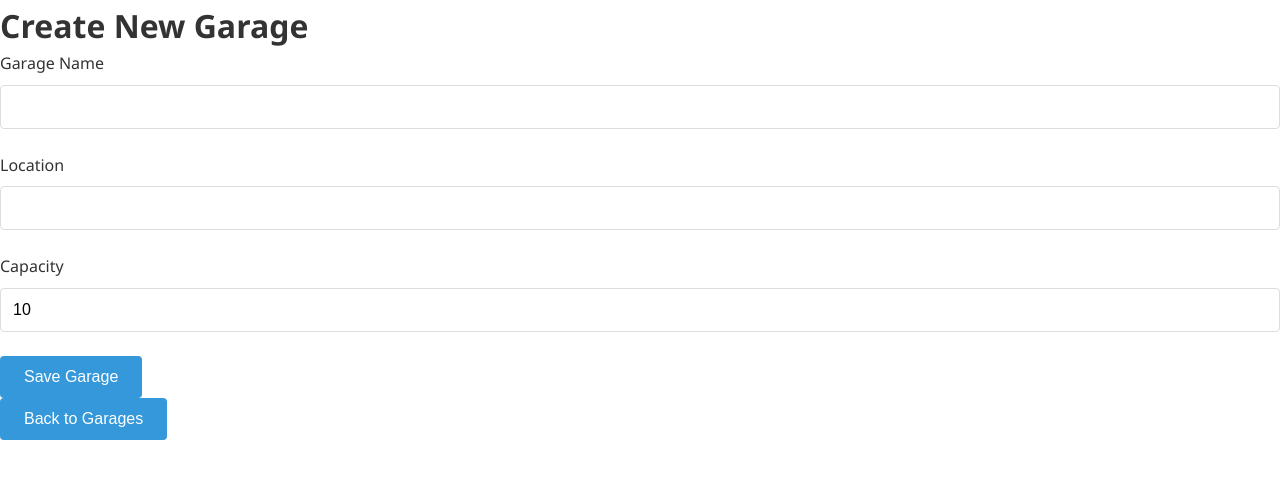
Repository: fevren2001/fleethub
Page: /garages/create (app in fleethub-frontend/)
These files come from the project's save history. The page is drawn as it stood at one moment and after the next save; the edit follows.
The browser window is 1280 px wide. The pictures show the whole page.
The page's requests for data from a server got no answer. The project was rebuilt for these pictures with package versions that can differ from the ones it lists, and the page was loaded fresh each time. No one was signed in, and anything a server would have sent is missing. Also part of the build but not shown: fleethub-frontend/vite.config.ts, fleethub-frontend/src/hooks/useAuth.ts, fleethub-frontend/src/components/common/ProtectedRoute.tsx, fleethub-frontend/src/pages/Login.tsx, fleethub-frontend/src/components/common/Navbar.tsx, fleethub-frontend/src/components/common/Sidebar.tsx, fleethub-frontend/src/components/common/MainLayout.tsx, fleethub-frontend/src/api/deliveries.ts and 17 more.

Above is the page before, as saved 2025-07-20 01:19:06.

### fleethub-frontend/src/index.css
/* src/index.css */
:root {
  --primary-color: #2c3e50;
  --secondary-color: #3498db;
  --accent-color: #e74c3c;
  --text-color: #333;
  --light-bg: #f5f6fa;
  --border-color: #dcdde1;
}

* {
  margin: 0;
  padding: 0;
  box-sizing: border-box;
}

body {
  font-family: "Segoe UI", Tahoma, Geneva, Verdana, sans-serif;
  color: var(--text-color);
  line-height: 1.6;
}

/* Layout */
.app-container {
  display: flex;
  flex-direction: column;
  min-height: 100vh;
}

.navbar {
  background-color: var(--primary-color);
  color: white;
  padding: 1rem 2rem;
  display: flex;
  justify-content: space-between;
  align-items: center;
}

.navbar-brand a {
  color: white;
  font-size: 1.5rem;
  font-weight: bold;
  text-decoration: none;
}

.content-container {
  display: flex;
  flex: 1;
}

.sidebar {
  width: 250px;
  background-color: var(--light-bg);
  border-right: 1px solid var(--border-color);
  padding: 1rem 0;
}

.sidebar-menu {
  list-style: none;
}

.sidebar-menu li {
  margin-bottom: 0.5rem;
}

.sidebar-menu a {
  display: block;
  padding: 0.75rem 1.5rem;
  color: var(--text-color);
  text-decoration: none;
  transition: background-color 0.2s;
}

.sidebar-menu a:hover,
.sidebar-menu a.active {
  background-color: rgba(52, 152, 219, 0.1);
  color: var(--secondary-color);
}

.main-content {
  flex: 1;
  padding: 2rem;
  background-color: white;
}

/* Forms */
.form-group {
  margin-bottom: 1.5rem;
}

.form-group label {
  display: block;
  margin-bottom: 0.5rem;
  font-weight: 500;
}

.form-group input,
.form-group select,
.form-group textarea {
  width: 100%;
  padding: 0.75rem;
  border: 1px solid var(--border-color);
  border-radius: 4px;
  font-size: 1rem;
}

button {
  background-color: var(--secondary-color);
  color: white;
  border: none;
  padding: 0.75rem 1.5rem;
  border-radius: 4px;
  cursor: pointer;
  font-size: 1rem;
  transition: background-color 0.2s;
}

button:hover {
  background-color: #2980b9;
}

button:disabled {
  background-color: #95a5a6;
  cursor: not-allowed;
}

/* Tables */
.table-container {
  overflow-x: auto;
}

.data-table {
  width: 100%;
  border-collapse: collapse;
}

.data-table th,
.data-table td {
  padding: 0.75rem 1rem;
  text-align: left;
  border-bottom: 1px solid var(--border-color);
}

.data-table th {
  background-color: var(--light-bg);
  font-weight: 600;
}

/* Status badges */
.status-badge {
  display: inline-block;
  padding: 0.25rem 0.5rem;
  border-radius: 4px;
  font-size: 0.875rem;
  font-weight: 500;
}

.status-available {
  background-color: #2ecc71;
  color: white;
}

.status-on_delivery {
  background-color: #f39c12;
  color: white;
}

.status-off_duty {
  background-color: #95a5a6;
  color: white;
}

.status-inactive {
  background-color: #e74c3c;
  color: white;
}

/* Action buttons */
.action-button {
  display: inline-block;
  padding: 0.25rem 0.5rem;
  margin-right: 0.5rem;
  border-radius: 4px;
  text-decoration: none;
  font-size: 0.875rem;
}

.action-button.view {
  background-color: var(--secondary-color);
  color: white;
}

.action-button.edit {
  background-color: #f39c12;
  color: white;
}

/* Page header */
.page-header {
  display: flex;
  justify-content: space-between;
  align-items: center;
  margin-bottom: 2rem;
}

.add-button {
  background-color: var(--secondary-color);
  color: white;
  text-decoration: none;
  padding: 0.5rem 1rem;
  border-radius: 4px;
}

/* Login page */
.login-container {
  display: flex;
  justify-content: center;
  align-items: center;
  min-height: 100vh;
  background-color: var(--light-bg);
}

.login-form {
  background-color: white;
  padding: 2rem;
  border-radius: 8px;
  box-shadow: 0 4px 6px rgba(0, 0, 0, 0.1);
  width: 100%;
  max-width: 400px;
}

.login-form h1 {
  margin-bottom: 1.5rem;
  text-align: center;
}

.login-button {
  width: 100%;
  margin-top: 1rem;
}

/* Dashboard */
.stats-container {
  display: grid;
  grid-template-columns: repeat(auto-fill, minmax(250px, 1fr));
  gap: 1.5rem;
  margin-bottom: 2rem;
}

.stat-card {
  background-color: white;
  padding: 1.5rem;
  border-radius: 8px;
  box-shadow: 0 2px 4px rgba(0, 0, 0, 0.1);
}

.stat-card h3 {
  font-size: 1rem;
  color: #7f8c8d;
  margin-bottom: 0.5rem;
}

.stat-value {
  font-size: 2rem;
  font-weight: bold;
  color: var(--secondary-color);
}

/* Error message */
.error-message {
  background-color: #fadbd8;
  color: #c0392b;
  padding: 0.75rem;
  border-radius: 4px;
  margin-bottom: 1rem;
}

### fleethub-frontend/src/App.tsx
import React from 'react';
import { BrowserRouter, Routes, Route, Navigate } from 'react-router-dom';
import { AuthProvider } from './context/AuthContext';
import ProtectedRoute from './components/common/ProtectedRoute';

// Pages
import Login from './pages/Login';
import Dashboard from './pages/Dashboard';

// Driver Pages
import DriversList from './pages/Drivers/DriversList';
import DriverDetail from './pages/Drivers/DriverDetail';
import CreateDriver from './pages/Drivers/CreateDriver';
import DriverEdit from './pages/Drivers/DriverEdit';

// Truck Pages
import TrucksList from './pages/Trucks/TrucksList';
import TruckDetail from './pages/Trucks/TruckDetail';
import CreateTruck from './pages/Trucks/CreateTruck';
import TruckEdit from './pages/Trucks/TruckEdit';

// Garage Pages
import GaragesList from './pages/Garages/GaragesList';
import GarageDetail from './pages/Garages/GarageDetail';
import CreateGarage from './pages/Garages/CreateGarage';
import GarageEdit from './pages/Garages/GarageEdit';

// Deliveries Page
import DeliveriesList from './pages/Deliveries/DeliveriesList';

function App() {
  return (
    <AuthProvider>
      <BrowserRouter>
        <Routes>
          <Route path="/login" element={<Login />} />

          <Route path="/" element={
            <ProtectedRoute>
              <Dashboard />
            </ProtectedRoute>
          } />

          {/* Driver Routes */}
          <Route path="/drivers" element={<DriversList />} />
          <Route path="/drivers/new" element={<CreateDriver />} />
          <Route path="/drivers/:id" element={<DriverDetail />} />
          <Route path="/drivers/:id/edit" element={<DriverEdit />} />

          {/* Truck Routes */}
          <Route path="/trucks" element={<TrucksList />} />
          {/* <Route path="/trucks/create" element={<CreateTruck />} /> */}
          <Route path="/trucks/new" element={<CreateTruck />} />

          <Route path="/trucks/:id" element={<TruckDetail />} />
          <Route path="/trucks/edit/:id" element={<TruckEdit />} />

          {/* Garage Routes */}
          <Route path="/garages" element={<GaragesList />} />
          <Route path="/garages/create" element={<CreateGarage />} />
          <Route path="/garages/:id" element={<GarageDetail />} />
          <Route path="/garages/edit/:id" element={<GarageEdit />} />

          {/* Deliveries Route */}
          <Route path="/deliveries" element={<DeliveriesList />} />

          <Route path="*" element={<Navigate to="/" replace />} />
        </Routes>
      </BrowserRouter>
    </AuthProvider>
  );
}

export default App;

### fleethub-frontend/src/context/AuthContext.tsx
// src/context/AuthContext.tsx
import React, { createContext, useState, useEffect } from 'react';
import { login as apiLogin, getCurrentUser } from '../api/auth';

interface AuthContextType {
  user: any | null;
  isAuthenticated: boolean;
  isLoading: boolean;
  login: (email: string, password: string) => Promise<void>;
  logout: () => void;
}

export const AuthContext = createContext<AuthContextType>({} as AuthContextType);

export const AuthProvider: React.FC<{children: React.ReactNode}> = ({ children }) => {
  const [user, setUser] = useState<any | null>(null);
  const [isLoading, setIsLoading] = useState(true);

  useEffect(() => {
    const checkAuth = async () => {
      const token = localStorage.getItem('token');
      if (token) {
        try {
          const userData = await getCurrentUser();
          setUser(userData);
        } catch (error) {
          localStorage.removeItem('token');
        }
      }
      setIsLoading(false);
    };

    checkAuth();
  }, []);

  const login = async (email: string, password: string) => {
    setIsLoading(true);
    try {
      const { token, user } = await apiLogin({ email, password });
      localStorage.setItem('token', token);
      setUser(user);
    } finally {
      setIsLoading(false);
    }
  };

  const logout = () => {
    localStorage.removeItem('token');
    setUser(null);
  };

  return (
    <AuthContext.Provider value={{ user, isAuthenticated: !!user, isLoading, login, logout }}>
      {children}
    </AuthContext.Provider>
  );
};

### fleethub-frontend/src/pages/Garages/CreateGarage.tsx
import React, { useState } from 'react';
import { useNavigate } from 'react-router-dom';
import GarageForm from '../../components/garages/GarageForm';
import { createGarage } from '../../api/garages';
import { GarageFormData } from '../../types/garage';

const CreateGarage: React.FC = () => {
  const navigate = useNavigate();
  const [isSubmitting, setIsSubmitting] = useState(false);
  const [error, setError] = useState<string | null>(null);

  const handleSubmit = async (data: GarageFormData) => {
    setIsSubmitting(true);
    setError(null);

    try {
      await createGarage(data);
      navigate('/garages');
    } catch (err) {
      console.error('Failed to create garage:', err);
      setError('Failed to create garage. Please try again.');
    } finally {
      setIsSubmitting(false);
    }
  };

  return (
    <div className="create-garage-container">
      <h1>Create New Garage</h1>
      {error && <div className="error-message">{error}</div>}
      <GarageForm onSubmit={handleSubmit} isSubmitting={isSubmitting} />
      <button
        className="back-button"
        onClick={() => navigate('/garages')}
      >
        Back to Garages
      </button>
    </div>
  );
};

export default CreateGarage;

### fleethub-frontend/src/api/auth.ts
// src/api/auth.ts
import apiClient from './apiClient';

export interface LoginCredentials {
  email: string;
  password: string;
}

export interface AuthResponse {
  token: string;
  user: any;
}

export const login = async (credentials: LoginCredentials): Promise<AuthResponse> => {
  const response = await apiClient.post<AuthResponse>('/auth/login', credentials);
  return response.data;
};

export const register = async (userData: any): Promise<AuthResponse> => {
  const response = await apiClient.post<AuthResponse>('/auth/register', userData);
  return response.data;
};

export const getCurrentUser = async (): Promise<any> => {
  const response = await apiClient.get('/auth/me');
  return response.data;
};

### fleethub-frontend/src/api/garages.ts
import apiClient from './apiClient';
import { Garage, CreateGaragePayload, UpdateGaragePayload } from '../types/garage';

export const getAllGarages = async (): Promise<Garage[]> => {
  const response = await apiClient.get<Garage[]>('/garages');
  return response.data;
};

export const getGarageById = async (id: string): Promise<Garage> => {
  const response = await apiClient.get<Garage>(`/garages/${id}`);
  return response.data;
};

export const createGarage = async (garageData: CreateGaragePayload): Promise<Garage> => {
  const response = await apiClient.post<Garage>('/garages', garageData);
  return response.data;
};

export const updateGarage = async (id: number, garageData: UpdateGaragePayload): Promise<Garage> => {
  const response = await apiClient.put<Garage>(`/garages/${id}`, garageData);
  return response.data;
};

export const deleteGarage = async (id: string): Promise<void> => {
  await apiClient.delete(`/garages/${id}`);
};

export const fetchGarages = getAllGarages; // Alias for compatibility

export const getSupportedCities = async (): Promise<{ name: string }[]> => {
  const response = await apiClient.get('/deliveries/cities');
  return response.data;
};

### fleethub-frontend/src/components/garages/GarageForm.tsx
import React, { useState } from 'react';
import { Garage, GarageFormData, GarageStatus } from '../../types/garage';

interface GarageFormProps {
  initialData?: Partial<Garage>;
  onSubmit: (data: GarageFormData) => void;
  isSubmitting: boolean;
}

const GarageForm: React.FC<GarageFormProps> = ({ initialData = {}, onSubmit, isSubmitting }) => {
  const [formData, setFormData] = useState<GarageFormData>({
    name: initialData.name || '',
    location: initialData.location || '',
    capacity: initialData.capacity || 10,
    status: initialData.status || 'active',
    occupancy: initialData.occupancy || 0
  });

  const handleChange = (e: React.ChangeEvent<HTMLInputElement | HTMLSelectElement>) => {
    const { name, value, type } = e.target;

    if (name === 'capacity' || name === 'occupancy') {
      setFormData(prev => ({ ...prev, [name]: Number(value) }));
    } else {
      setFormData(prev => ({ ...prev, [name]: value }));
    }
  };

  const handleSubmit = (e: React.FormEvent) => {
    e.preventDefault();
    onSubmit(formData);
  };

  const isEditing = !!initialData.id;

  return (
    <form onSubmit={handleSubmit} className="garage-form">
      <div className="form-group">
        <label htmlFor="name">Garage Name</label>
        <input
          id="name"
          name="name"
          type="text"
          value={formData.name}
          onChange={handleChange}
          required
        />
      </div>

      <div className="form-group">
        <label htmlFor="location">Location</label>
        <input
          id="location"
          name="location"
          type="text"
          value={formData.location}
          onChange={handleChange}
          required
        />
      </div>

      <div className="form-group">
        <label htmlFor="capacity">Capacity</label>
        <input
          id="capacity"
          name="capacity"
          type="number"
          min="1"
          value={formData.capacity}
          onChange={handleChange}
          required
        />
      </div>

      {isEditing && (
        <>
          <div className="form-group">
            <label htmlFor="status">Status</label>
            <select
              id="status"
              name="status"
              value={formData.status}
              onChange={handleChange}
            >
              <option value="active">Active</option>
              <option value="inactive">Inactive</option>
              <option value="under maintenance">Under Maintenance</option>
            </select>
          </div>

          <div className="form-group">
            <label htmlFor="occupancy">Current Occupancy</label>
            <input
              id="occupancy"
              name="occupancy"
              type="number"
              min="0"
              max={formData.capacity}
              value={formData.occupancy}
              onChange={handleChange}
            />
          </div>
        </>
      )}

      <button type="submit" className="submit-button" disabled={isSubmitting}>
        {isSubmitting ? 'Saving...' : isEditing ? 'Update Garage' : 'Save Garage'}
      </button>
    </form>
  );
};

export default GarageForm;

### fleethub-frontend/src/api/apiClient.ts
// src/api/apiClient.ts
import axios from 'axios';

const apiClient = axios.create({
  baseURL: 'http://localhost:5000', // adjust to your backend URL
  headers: {
    'Content-Type': 'application/json',
  },
});

apiClient.interceptors.request.use(
  (config) => {
    const token = localStorage.getItem('token');
    if (token) {
      config.headers.Authorization = `Bearer ${token}`;
    }
    return config;
  },
  (error) => Promise.reject(error)
);

export default apiClient;

Loaded but not shown: fleethub-frontend/index.html (common file); fleethub-frontend/src/main.tsx (common file)

After the next save:
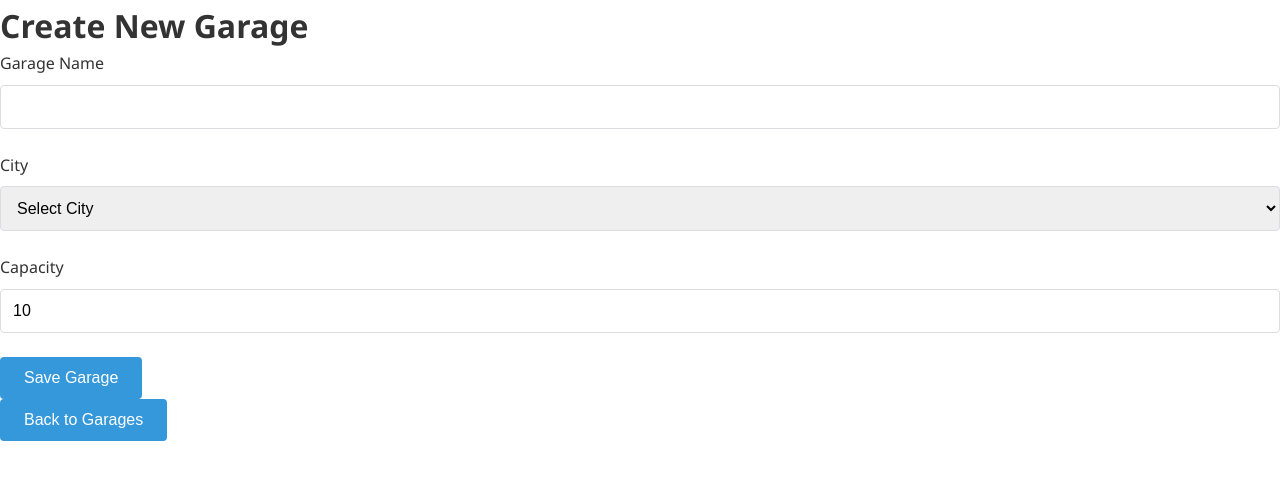
Saved 13 s later.
--- a/fleethub-frontend/src/components/garages/GarageForm.tsx
+++ b/fleethub-frontend/src/components/garages/GarageForm.tsx
@@ -1,5 +1,6 @@
 import React, { useState } from 'react';
 import { Garage, GarageFormData, GarageStatus } from '../../types/garage';
+import { getSupportedCities } from '../../api/garages';
 
 interface GarageFormProps {
   initialData?: Partial<Garage>;
@@ -15,6 +16,10 @@ const GarageForm: React.FC<GarageFormProps> = ({ initialData = {}, onSubmit, isS
     status: initialData.status || 'active',
     occupancy: initialData.occupancy || 0
   });
+  const [cities, setCities] = useState<{ name: string }[]>([]);
+  React.useEffect(() => {
+    getSupportedCities().then(setCities);
+  }, []);
 
   const handleChange = (e: React.ChangeEvent<HTMLInputElement | HTMLSelectElement>) => {
     const { name, value, type } = e.target;
@@ -48,15 +53,19 @@ const GarageForm: React.FC<GarageFormProps> = ({ initialData = {}, onSubmit, isS
       </div>
 
       <div className="form-group">
-        <label htmlFor="location">Location</label>
-        <input
+        <label htmlFor="location">City</label>
+        <select
           id="location"
           name="location"
-          type="text"
           value={formData.location}
           onChange={handleChange}
           required
-        />
+        >
+          <option value="">Select City</option>
+          {cities.map(city => (
+            <option key={city.name} value={city.name}>{city.name}</option>
+          ))}
+        </select>
       </div>
 
       <div className="form-group">
